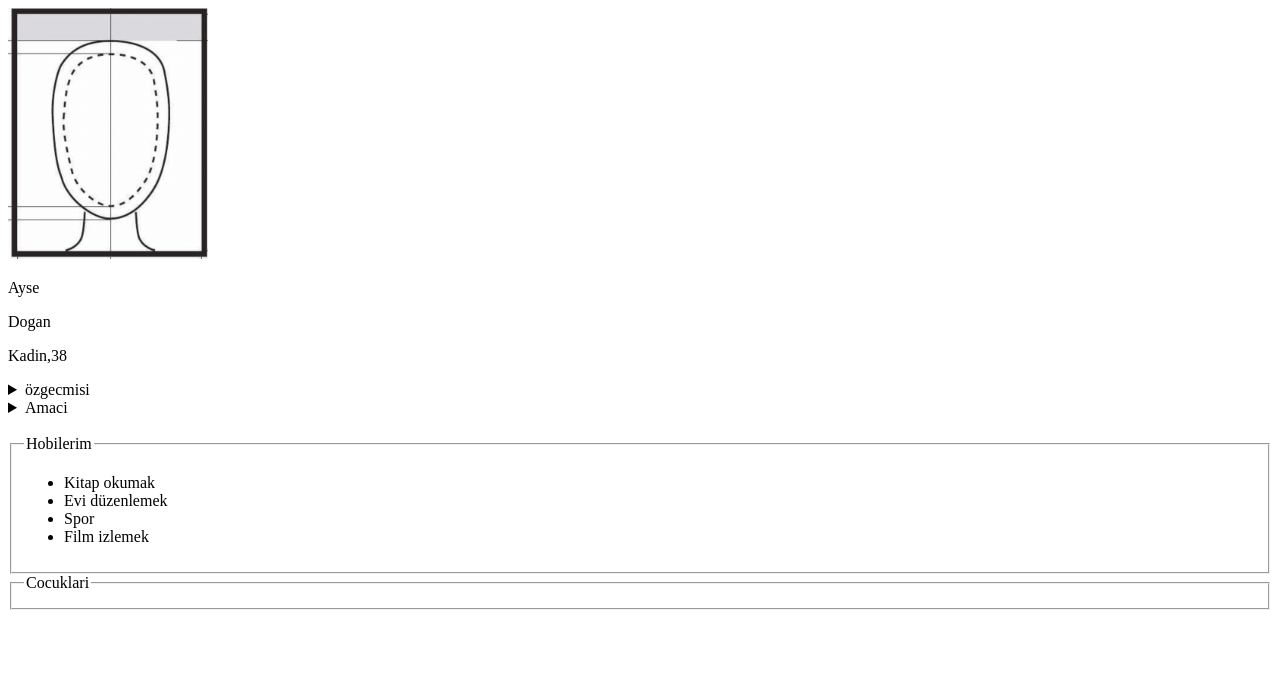
Repository: aysedo/html
Page: Week_2/profile/index.html
These files come from the project's save history. The page is drawn as it stood at one moment and after the next save; the edit follows.
The browser window is 1280 px wide. The pictures show the whole page.

Above is the page before, as saved 2021-08-25 23:23:59.

### Week_2/profile/index.html
<!DOCTYPE html>
<html lang="en">
  <head>
    <meta charset="UTF-8" />
    <meta http-equiv="X-UA-Compatible" content="IE=edge" />
    <meta name="viewport" content="width=device-width, initial-scale=1.0" />
    <title>Profil ödevi</title>
  </head>
  </body>
    <img src="./ornek.png" width="200" alt="bos cerceve">
          <p> Ayse </p>
          <p> Dogan </p>
          <p> Kadin,38 </p>
          <details>
            <summary>özgecmisi</summary>
            <pre>
                  1996-1999  Oberstufe
                  1999-2001  Coiffeurfachschule
                  2001-2010  Sonova Ag
                  2011-2012  Belimo
                  2012       Coop Megastore Volkiland
                  2021       Coop to go oerlikon
            </pre>
          </details>
            <details>
            <summary> Amaci </summary>
            <pre>
              Bu kurs ile cok iyi bir programci olup, bir is bulmayi amacliyorum.<br/>
               IT alaninda programcilara cok ihtiyac olundugunu biliyorum hedefim kursu basariyla bitirmek.
            </pre>
            </details>
            <br/>
              <fieldset>
                <legend>Hobilerim</legend>
                <ul>
                  <li>Kitap okumak</li>
                  <li>Evi düzenlemek</li>
                  <li>Spor</li>
                  <li>Film izlemek</li>
                </ul>
              </fieldset>
              <fieldset>
                <legend> Cocuklari</legend>
                <table>
                  <tr></tr>
                </table>
              </fieldset>









  </body>
</html>

After the next save:
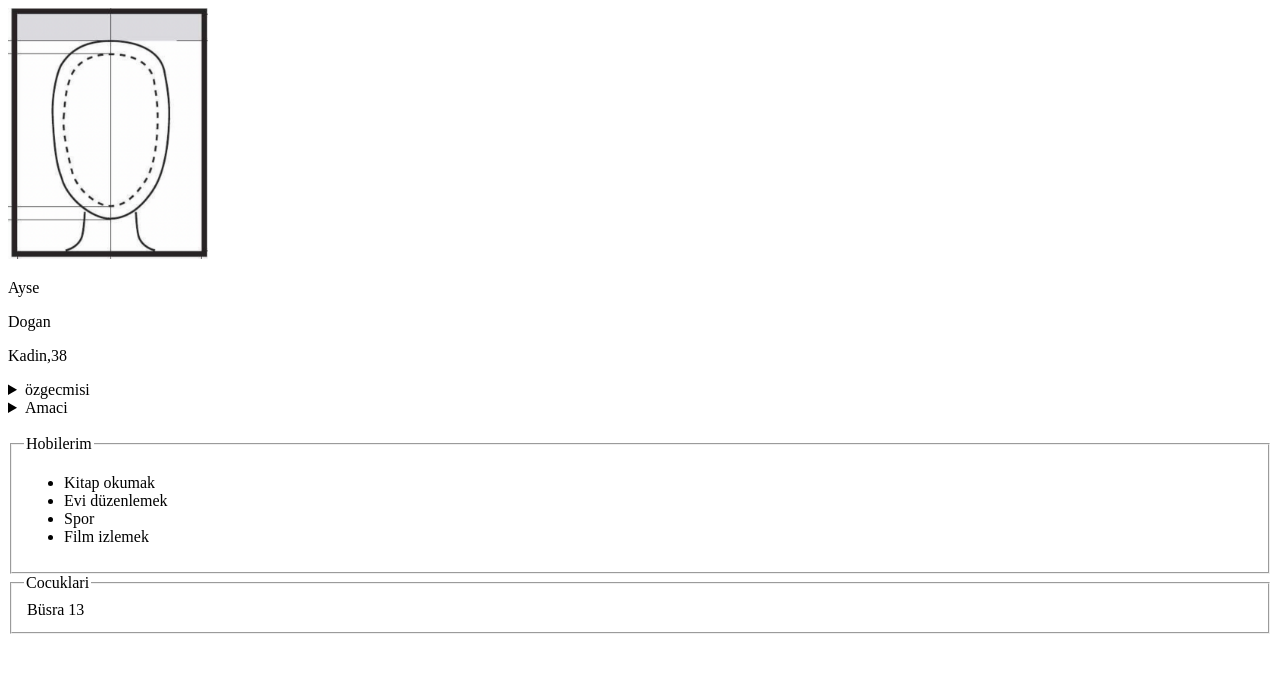
Saved 65 s later.
--- a/Week_2/profile/index.html
+++ b/Week_2/profile/index.html
@@ -42,7 +42,12 @@
               <fieldset>
                 <legend> Cocuklari</legend>
                 <table>
-                  <tr></tr>
+                  <tr>
+                    <td>Büsra</td>
+                    <td>13</td>
+                    <td></td>
+                    <td></td>
+                  </tr>
                 </table>
               </fieldset>
 
